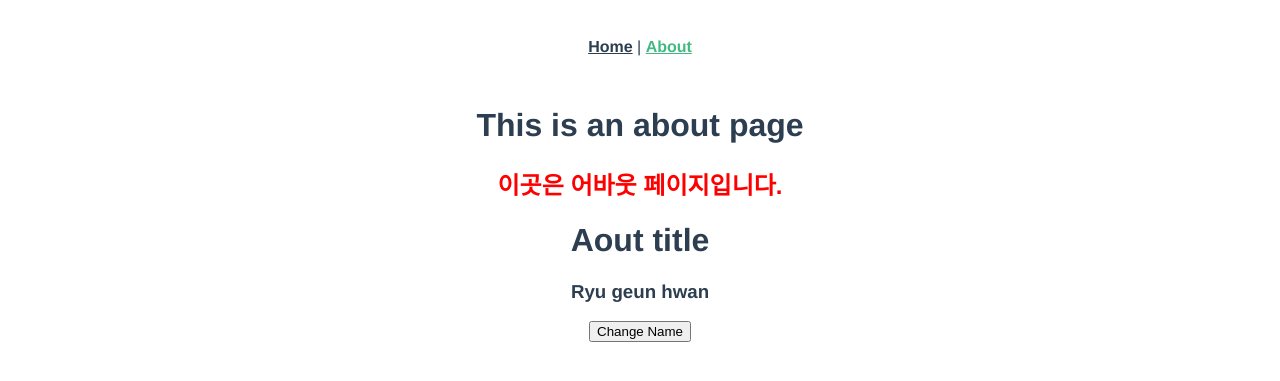
Repository: RyuGeunHwan/code_J
Page: /about (app in vue-emit/)
These files come from the project's save history. The page is drawn as it stood at one moment and after the next save; the edit follows.
The browser window is 1280 px wide. The pictures show the whole page.
The project was rebuilt for these pictures with package versions that can differ from the ones it lists, and the page was loaded fresh each time. Also part of the build but not shown: vue-emit/src/components/InputField.vue, vue-emit/src/views/Home.vue.

Above is the page before, as saved 2022-08-12 14:33:46.

After the next save:
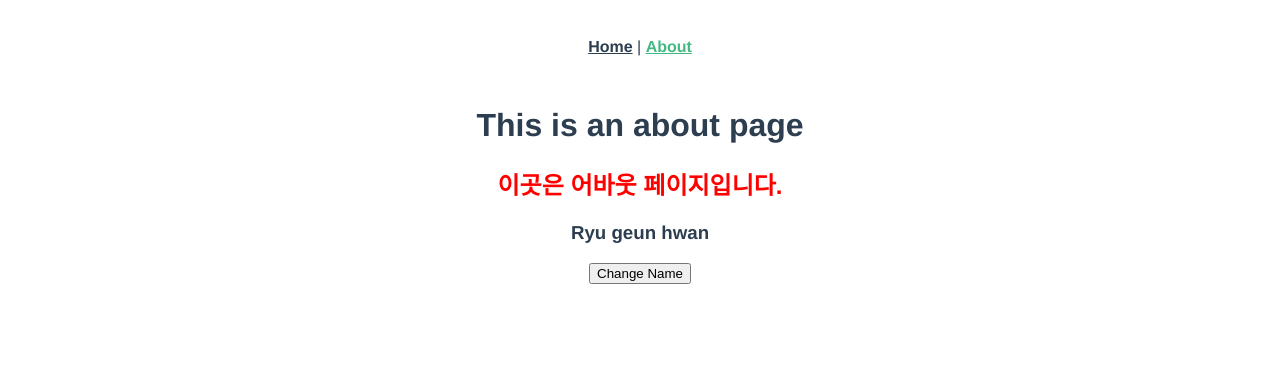
Saved 21 s later.
--- a/vue-emit/src/components/KossieCoder.vue
+++ b/vue-emit/src/components/KossieCoder.vue
@@ -10,7 +10,7 @@
 <script>
 export default {
     props: {
-        title: {
+        titlezz: {
             type : String,
             required : false ,
             //required = 무조건 항상 보내줘야한다는것
